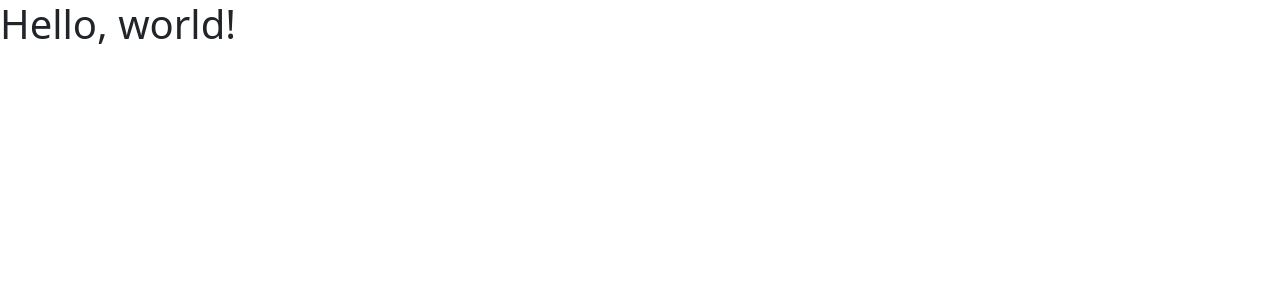
Repository: Nebil94/projet-nabil
Page: home.html
These files come from the project's save history. The page is drawn as it stood at one moment and after the next save; the edit follows.
The browser window is 1280 px wide. The pictures show the whole page.

Above is the page before, as saved 2024-02-01 14:27:01.

### home.html
<!doctype html>
<html lang="en">

<head>
     <meta charset="utf-8">
     <meta name="viewport" content="width=device-width, initial-scale=1">
     <title>Bootstrap demo</title>
     <link href="https://cdn.jsdelivr.net/npm/bootstrap@5.3.2/dist/css/bootstrap.min.css" rel="stylesheet"
          integrity="sha384-T3c6CoIi6uLrA9TneNEoa7RxnatzjcDSCmG1MXxSR1GAsXEV/Dwwykc2MPK8M2HN" crossorigin="anonymous">
</head>

<body>
     <h1>Hello, world!</h1>
     <script src="https://cdn.jsdelivr.net/npm/bootstrap@5.3.2/dist/js/bootstrap.bundle.min.js"
          integrity="sha384-C6RzsynM9kWDrMNeT87bh95OGNyZPhcTNXj1NW7RuBCsyN/o0jlpcV8Qyq46cDfL"
          crossorigin="anonymous"></script>
</body>

</html>

After the next save:
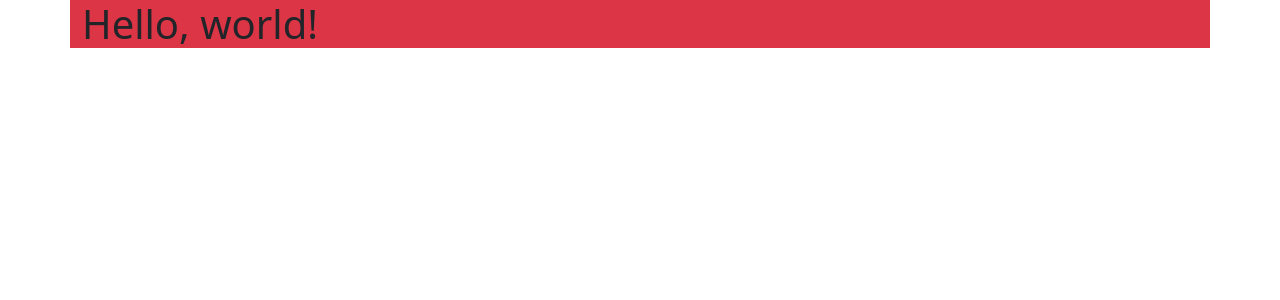
Saved 32 s later.
--- a/home.html
+++ b/home.html
@@ -4,13 +4,13 @@
 <head>
      <meta charset="utf-8">
      <meta name="viewport" content="width=device-width, initial-scale=1">
-     <title>Bootstrap demo</title>
+     <title>Nabil Sara</title>
      <link href="https://cdn.jsdelivr.net/npm/bootstrap@5.3.2/dist/css/bootstrap.min.css" rel="stylesheet"
           integrity="sha384-T3c6CoIi6uLrA9TneNEoa7RxnatzjcDSCmG1MXxSR1GAsXEV/Dwwykc2MPK8M2HN" crossorigin="anonymous">
 </head>
 
 <body>
-     <h1>Hello, world!</h1>
+     <h1 class="container bg-danger">Hello, world!</h1>
      <script src="https://cdn.jsdelivr.net/npm/bootstrap@5.3.2/dist/js/bootstrap.bundle.min.js"
           integrity="sha384-C6RzsynM9kWDrMNeT87bh95OGNyZPhcTNXj1NW7RuBCsyN/o0jlpcV8Qyq46cDfL"
           crossorigin="anonymous"></script>
